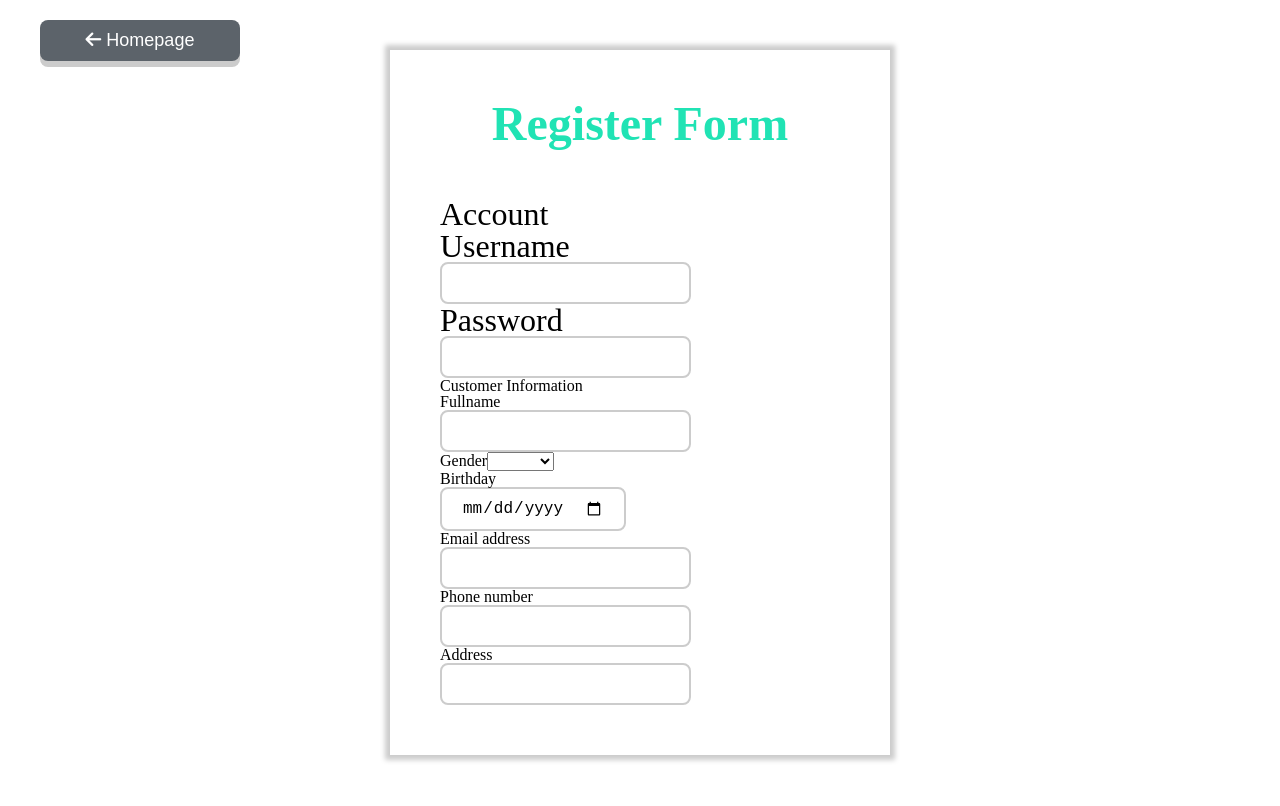
Repository: Trung0810/btl_cnpm_fe
Page: /
These files come from the project's save history. The page is drawn as it stood at one moment and after the next save; the edit follows.
The browser window is 1280 px wide. The pictures show the whole page.
The project was rebuilt for these pictures with package versions that can differ from the ones it lists, and the page was loaded fresh each time. Also part of the build but not shown: src/components/header/header.css, src/components/header/Header.js, src/components/footer/Footer.css, src/components/footer/Footer.js, src/components/shoes_list/ShoesCard.css, src/components/shoes_list/ShoesCard.js, src/components/shoes_list/ShoesList.css, src/components/shoes_list/ShoesList.js and 17 more.

Above is the page before, as saved 2026-03-31 13:33:00.

After the next save:
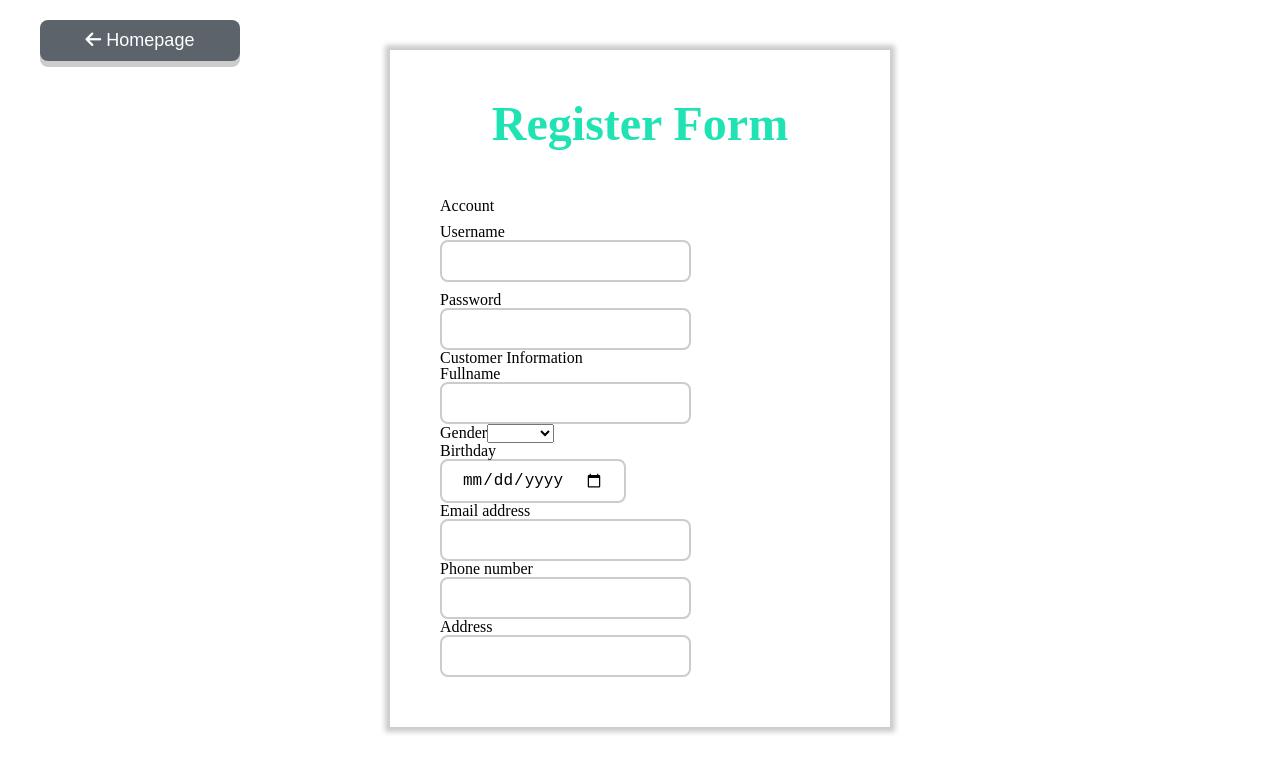
Saved 29 s later.
--- a/src/components/register_form/RegisterForm.css
+++ b/src/components/register_form/RegisterForm.css
@@ -13,5 +13,7 @@
   margin-bottom: 50px;
 }
 .register-account {
-  font-size: 32px;
+  display: flex;
+  flex-direction: column;
+  row-gap: 10px;
 }
